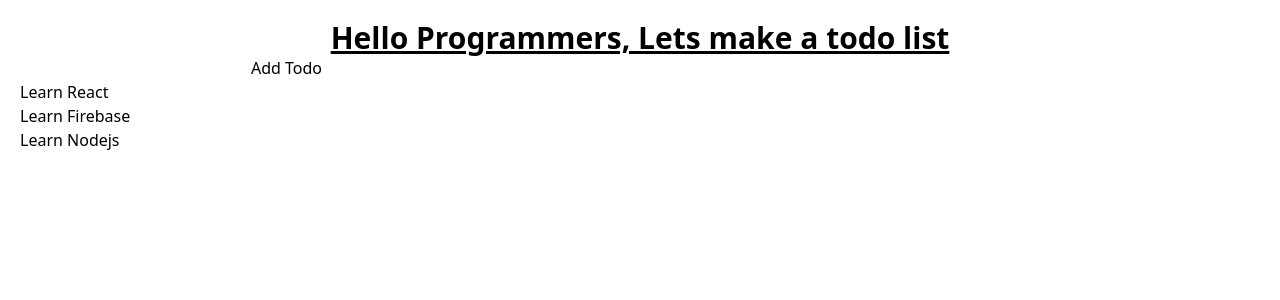
Repository: Shamraiz761/todo_list
Page: /
These files come from the project's save history. The page is drawn as it stood at one moment and after the next save; the edit follows.
The browser window is 1280 px wide. The pictures show the whole page.
The project was rebuilt for these pictures with package versions that can differ from the ones it lists, and the page was loaded fresh each time. Also part of the build but not shown: vite.config.js.

Above is the page before, as saved 2024-01-11 22:32:50.

After the next save:
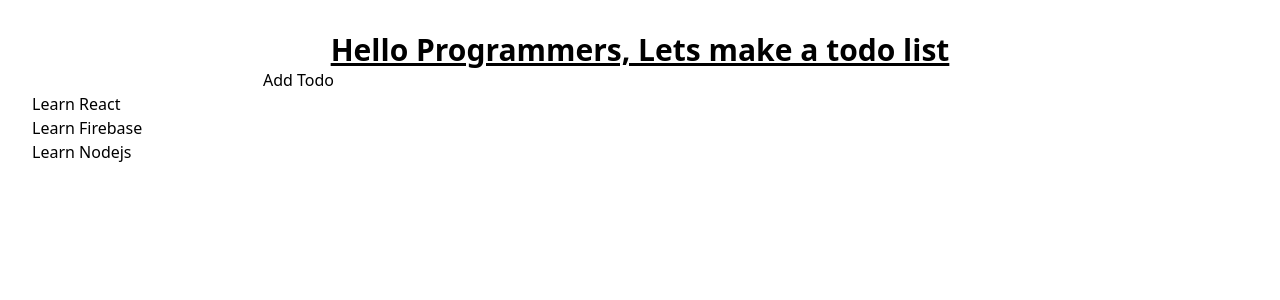
Saved 5 s later.
--- a/src/App.jsx
+++ b/src/App.jsx
@@ -15,7 +15,7 @@ function App() {
   };
 
   return (
-    <div className="m-5">
+    <div className="m-5 p-3 ">
       <h1 className="text-3xl font-bold underline text-center">Hello Programmers, Lets make a todo list</h1>
       <form>
         <input
